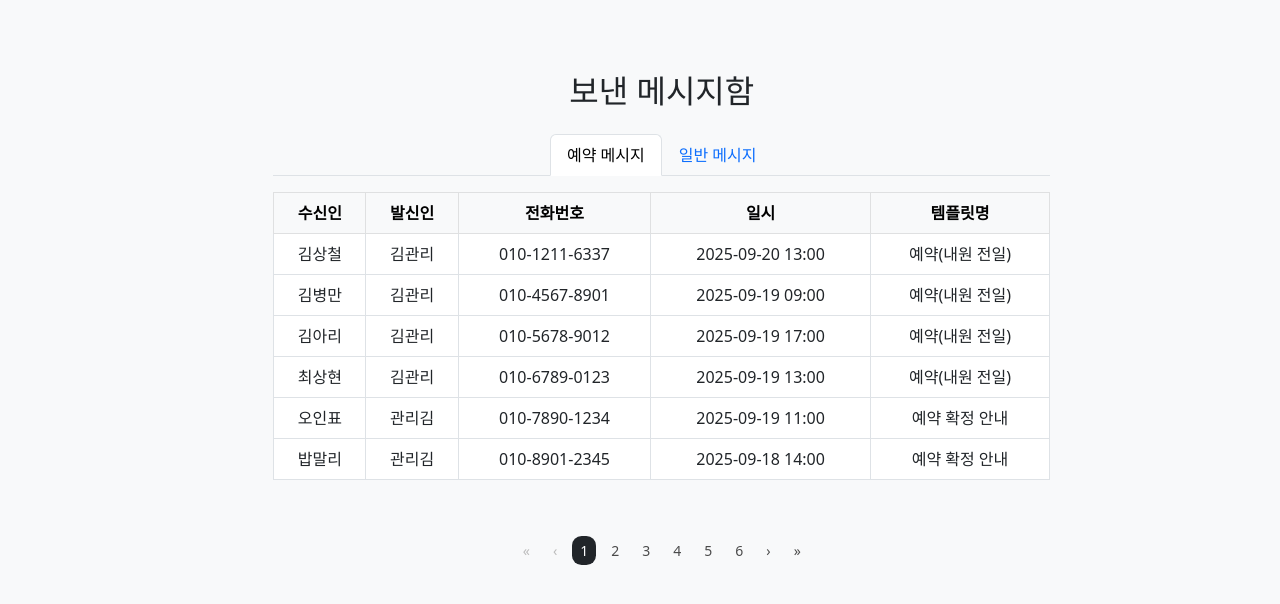
Repository: j-pyohub/LIBRARY_PROJECT
Page: CRM_Project/WebContent/smsRecord.html
An editor plug-in stored every save of this project. The page is shown before and after the next save, followed by the edit.
The browser window is 1280 px wide. The pictures show the whole page.

Above is the page before, as saved 2025-10-11 07:39:17.

### CRM_Project/WebContent/smsRecord.html
<!doctype html>
<html lang="ko">
<head>
<meta charset="utf-8">
<meta name="viewport" content="width=device-width, initial-scale=1">
<title>보낸 메시지함</title>

<!-- ✅ Bootstrap 5.3.0 -->
<link
  href="https://cdn.jsdelivr.net/npm/bootstrap@5.3.0/dist/css/bootstrap.min.css"
  rel="stylesheet">

<style>
  .fade-section {
    opacity: 0;
    transition: opacity 0.4s ease-in-out;
    display: none;
  }
  .fade-section.show {
    display: block;
    opacity: 1;
  }

.commonSms tbody tr:hover {
  background-color: #f6f6f6;
  cursor: pointer;
}

  #pager .page-item.active .page-link {
    background:#212529;
    color:#fff;
    border-color:#212529;
    border-radius:.6rem;
  }
  #pager .page-item.disabled .page-link {
    color:#bbb;
    pointer-events:none;
    background:transparent;
    border-color:transparent;
  }
  #pager .page-link {
    border:none;
    background:transparent;
    color:#4a4a4a;
  }
</style>
</head>
<body class="bg-body-tertiary">
<div class="container-fluid">
  <div class="row">

    <!-- 여기서 사이드바를 주입 -->
    <div id="sidebar-slot" class="col-2 p-0"></div>

    <!-- 메인 -->
    <main class="col-10 p-4">

    <!-- ✅ 메인 콘텐츠 -->
    <main class="col-10 p-4">

<div class="container py-4">
  <h2 class="text-center mb-4">보낸 메시지함</h2>

  <!-- ✅ 상단 탭 -->
  <ul class="nav nav-tabs justify-content-center mb-3" id="messageTabs">
    <li class="nav-item">
      <button id="reserveBtn" class="nav-link active">예약 메시지</button>
    </li>
    <li class="nav-item">
      <button id="commonBtn" class="nav-link">일반 메시지</button>
    </li>
  </ul>

  <!-- ✅ 예약 메시지 구역 -->
 <div class="reserveSms fade-section show text-center">
  <div class="table-responsive">
    <table class="table table-bordered align-middle text-center">
      <thead class="table-light">
        <tr>
          <th>수신인</th>
          <th>발신인</th>
          <th>전화번호</th>
          <th>일시</th>
          <th>템플릿명</th>
        </tr>
      </thead>
      <tbody>
        <tr class="readonly-row">
          <td>김상철</td>
          <td>김관리</td>
          <td>010-1211-6337</td>
          <td>2025-09-20 13:00</td>
          <td>예약(내원 전일)</td>
        </tr>
        <tr class="readonly-row">
          <td>김병만</td>
          <td>김관리</td>
          <td>010-4567-8901</td>
          <td>2025-09-19 09:00</td>
          <td>예약(내원 전일)</td>
        </tr>
        <tr class="readonly-row">
          <td>김아리</td>
          <td>김관리</td>
          <td>010-5678-9012</td>
          <td>2025-09-19 17:00</td>
          <td>예약(내원 전일)</td>
        </tr>
        <tr class="readonly-row">
          <td>최상현</td>
          <td>김관리</td>
          <td>010-6789-0123</td>
          <td>2025-09-19 13:00</td>
          <td>예약(내원 전일)</td>
        </tr>
        <tr class="readonly-row">
          <td>오인표</td>
          <td>관리김</td>
          <td>010-7890-1234</td>
          <td>2025-09-19 11:00</td>
          <td>예약 확정 안내</td>
        </tr>
        <tr class="readonly-row">
          <td>밥말리</td>
          <td>관리김</td>
          <td>010-8901-2345</td>
          <td>2025-09-18 14:00</td>
          <td>예약 확정 안내</td>
        </tr>
      </tbody>
    </table>
  </div>
</div>


  <!-- ✅ 일반 메시지 구역 (Table 형태) -->
  <div class="commonSms fade-section">

    <div class="table-responsive">
      <table class="table table-bordered align-middle text-center">
        <thead class="table-light">
          <tr>
            <th>수신인</th>
            <th>발신인</th>
            <th>전화번호</th>
            <th>일시</th>
            <th>내용</th>
          </tr>
        </thead>
        <tbody>
          <tr class="message-row">
            <td>김상철</td>
            <td>김관리</td>
            <td>010-1211-6337</td>
            <td>2025-09-20 13:00</td>
            <td>안녕하세요 김상철님 ...</td>
          </tr>
          <tr class="message-row">
            <td>김병만</td>
            <td>김관리</td>
            <td>010-4567-8901</td>
            <td>2025-09-19 09:00</td>
            <td>안녕하세요 김병만님 ...</td>
          </tr>
          <tr class="message-row">
            <td>김아리</td>
            <td>김관리</td>
            <td>010-5678-9012</td>
            <td>2025-09-19 17:00</td>
            <td>안녕하세요 김아리님 ...</td>
          </tr>
          <tr class="message-row">
            <td>최상현</td>
            <td>김관리</td>
            <td>010-6789-0123</td>
            <td>2025-09-19 13:00</td>
            <td>안녕하세요 최상현님 ...</td>
          </tr>
          <tr class="message-row">
            <td>오인표</td>
            <td>관리김</td>
            <td>010-7890-1234</td>
            <td>2025-09-19 11:00</td>
            <td>안녕하세요 오인표님 ...</td>
          </tr>
          <tr class="message-row">
            <td>밥말리</td>
            <td>관리김</td>
            <td>010-8901-2345</td>
            <td>2025-09-18 14:00</td>
            <td>안녕하세요 밥말리님 ...</td>
          </tr>
        </tbody>
      </table>
    </div>
  </div>
</div>

<!-- ✅ 메시지 상세 모달 -->
<div class="modal fade" id="messageModal" tabindex="-1" aria-hidden="true">
  <div class="modal-dialog modal-lg modal-dialog-centered modal-dialog-scrollable">
    <div class="modal-content border border-primary rounded-3">

      <!-- 헤더 -->
      <div class="modal-header">
        <h5 class="modal-title fw-bold w-100 text-center">보낸 메시지 상세보기</h5>
        <button type="button" class="btn-close" data-bs-dismiss="modal" aria-label="닫기"></button>
      </div>

      <!-- 바디 -->
      <div class="modal-body">
        <div class="row mb-2">
          <div class="col-2 text-end fw-bold">수신인</div>
          <div class="col-4" id="modalReceiver">-</div>
          <div class="col-2 text-end fw-bold">발신인</div>
          <div class="col-4" id="modalSender">-</div>
        </div>

        <div class="row mb-2">
          <div class="col-2 text-end fw-bold">전화번호</div>
          <div class="col-4" id="modalPhone">-</div>
          <div class="col-2 text-end fw-bold">일시</div>
          <div class="col-4" id="modalDate">-</div>
        </div>

        <div class="row mt-3">
          <div class="col-2 text-end fw-bold">보낸내용</div>
          <div class="col-10">
            <div class="bg-light p-2 rounded" id="modalContent">
              (내용 없음)
            </div>
          </div>
        </div>
      </div>

      <!-- 푸터 -->
      <div class="modal-footer justify-content-center border-0 pb-3 pt-0">
        <button type="button" class="btn btn-secondary" data-bs-dismiss="modal">확인</button>
      </div>

    </div>
  </div>
</div>

<!-- ✅ 페이지 이동 버튼 -->
<nav aria-label="페이지 이동" class="d-flex justify-content-center my-3">
  <ul id="pager" class="pagination pagination-sm align-items-center gap-2">
    <!-- 처음 / 이전 -->
    <li class="page-item"><button class="page-link" data-action="first" aria-label="처음">«</button></li>
    <li class="page-item"><button class="page-link" data-action="prev" aria-label="이전">‹</button></li>

    <!-- 숫자들 -->
    <li class="page-item"><button class="page-link" data-page="1">1</button></li>
    <li class="page-item"><button class="page-link" data-page="2">2</button></li>
    <li class="page-item"><button class="page-link" data-page="3">3</button></li>
    <li class="page-item"><button class="page-link" data-page="4">4</button></li>
    <li class="page-item"><button class="page-link" data-page="5">5</button></li>
    <li class="page-item"><button class="page-link" data-page="6">6</button></li>

    <!-- 다음 / 마지막 -->
    <li class="page-item"><button class="page-link" data-action="next" aria-label="다음">›</button></li>
    <li class="page-item"><button class="page-link" data-action="last" aria-label="마지막">»</button></li>
  </ul>
</nav>

    </main>
  </div>
</div>
<!-- ✅ Bootstrap JS -->
<script src="https://cdn.jsdelivr.net/npm/bootstrap@5.3.0/dist/js/bootstrap.bundle.min.js"></script>

<!-- ✅ 탭 전환 및 모달 이벤트 -->
<script>
  const reserveBtn = document.getElementById('reserveBtn');
  const commonBtn  = document.getElementById('commonBtn');
  const reserveSec = document.querySelector('.reserveSms');
  const commonSec  = document.querySelector('.commonSms');

  // 탭 전환
  function showSection(showEl, hideEl, activeBtn, inactiveBtn) {
    hideEl.classList.remove('show');
    activeBtn.classList.add('active');
    inactiveBtn.classList.remove('active');
    setTimeout(() => {
      hideEl.style.display = 'none';
      showEl.style.display = 'block';
      setTimeout(() => showEl.classList.add('show'), 10);
    }, 200);
  }

  reserveBtn.addEventListener('click', () => {
    showSection(reserveSec, commonSec, reserveBtn, commonBtn);
  });
  commonBtn.addEventListener('click', () => {
    showSection(commonSec, reserveSec, commonBtn, reserveBtn);
  });

  // ✅ 테이블 행 클릭 시 모달 열기
  document.querySelectorAll('.message-row').forEach(row => {
    row.addEventListener('click', () => {
      const cells = row.querySelectorAll('td');
      document.getElementById('modalReceiver').textContent = cells[0].textContent;
      document.getElementById('modalSender').textContent = cells[1].textContent;
      document.getElementById('modalPhone').textContent   = cells[2].textContent;
      document.getElementById('modalDate').textContent    = cells[3].textContent;
      document.getElementById('modalContent').textContent = cells[4].textContent;

      const modal = new bootstrap.Modal(document.getElementById('messageModal'));
      modal.show();
    });
  });

  // ✅ 페이지 이동 js
  (() => {
	  const pager = document.getElementById('pager');
	  const minPage = 1;
	  const maxPage = 6;
	  let current = 1; // ✅ 1페이지부터 시작

	  updateUI();

	  pager.addEventListener('click', (e) => {
	    const btn = e.target.closest('.page-link');
	    if (!btn) return;

	    const page = btn.getAttribute('data-page');
	    if (page) {
	      current = Number(page);
	      updateUI();
	      return;
	    }

	    const action = btn.getAttribute('data-action');
	    if (!action) return;

	    if (action === 'first') current = minPage;
	    if (action === 'prev')  current = Math.max(minPage, current - 1);
	    if (action === 'next')  current = Math.min(maxPage, current + 1);
	    if (action === 'last')  current = maxPage;

	    updateUI();
	  });

	  function updateUI() {
	    pager.querySelectorAll('.page-item').forEach(li => li.classList.remove('active'));
	    pager.querySelectorAll('[data-page]').forEach(btn => {
	      if (Number(btn.getAttribute('data-page')) === current) {
	        btn.parentElement.classList.add('active');
	      }
	    });
	    setDisabled('[data-action="first"],[data-action="prev"]', current === minPage);
	    setDisabled('[data-action="next"],[data-action="last"]', current === maxPage);
	  }

	  function setDisabled(selector, isDisabled) {
	    pager.querySelectorAll(selector).forEach(btn => {
	      btn.parentElement.classList.toggle('disabled', isDisabled);
	      btn.setAttribute('tabindex', isDisabled ? '-1' : '0');
	      btn.setAttribute('aria-disabled', isDisabled ? 'true' : 'false');
	    });
	  }
	})();
</script>

</body>
</html>

After the next save:
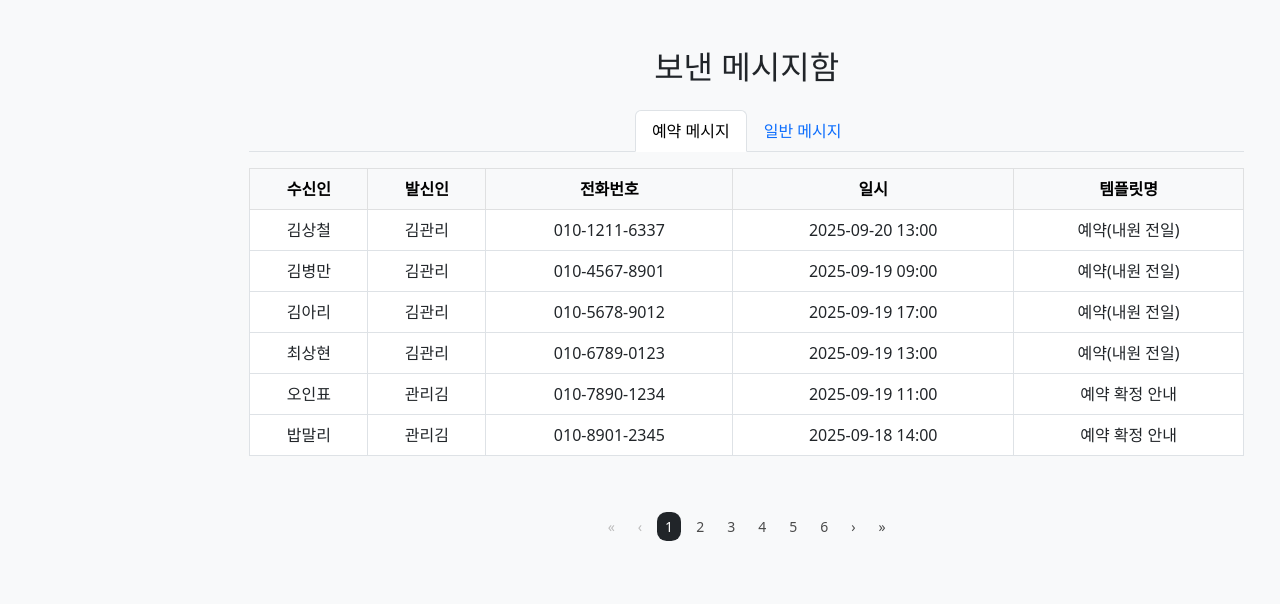
Saved 55 s later.
--- a/CRM_Project/WebContent/smsRecord.html
+++ b/CRM_Project/WebContent/smsRecord.html
@@ -51,9 +51,6 @@
 
     <!-- 여기서 사이드바를 주입 -->
     <div id="sidebar-slot" class="col-2 p-0"></div>
-
-    <!-- 메인 -->
-    <main class="col-10 p-4">
 
     <!-- ✅ 메인 콘텐츠 -->
     <main class="col-10 p-4">
